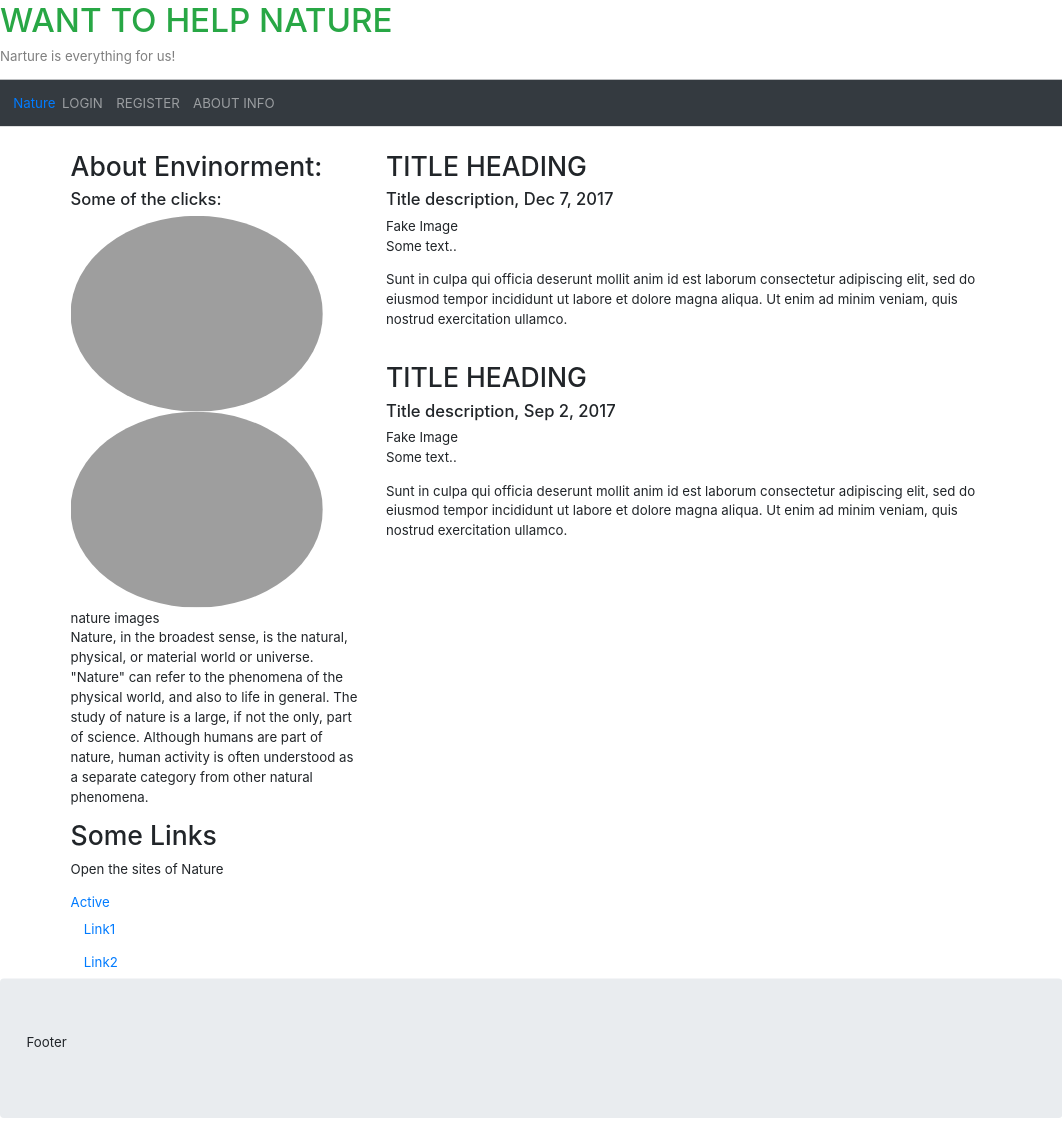
Repository: Apoorvasuswaram/cts
Page: appu/WebContent/main.html
An editor plug-in stored every save of this project. The page is shown before and after the next save, followed by the edit.
The browser window is 1280 px wide. The pictures show the whole page, at 83% of full size.
Pictures or frames that could not be fetched are drawn as grey boxes.

Above is the page before, as saved 2020-01-18 12:08:09.

### appu/WebContent/main.html
<!DOCTYPE html>
<html lang="en">
<head>
  <title>WANT TO HELP NATURE</title>
  <meta charset="utf-8">
  <meta name="viewport" content="width=device-width, initial-scale=1">
  <link rel="stylesheet" href="https://maxcdn.bootstrapcdn.com/bootstrap/4.4.1/css/bootstrap.min.css">
  <script src="https://ajax.googleapis.com/ajax/libs/jquery/3.4.1/jquery.min.js"></script>
  <script src="https://cdnjs.cloudflare.com/ajax/libs/popper.js/1.16.0/umd/popper.min.js"></script>
  <script src="https://maxcdn.bootstrapcdn.com/bootstrap/4.4.1/js/bootstrap.min.js"></script>
  <style>
  .fakeimg{
  .rounded_circle {
  <img src="beautiful.jpg" class="rounded-circle" alt="Nature" width="304" height="236">
    height: 200px;
    background: #aaa;
  }
  }
  </style>
</head>
<body>

<div style="background-color:"cyan" class="text-black-50" class="jumbotron text-center text-danger" style="margin-bottom:10" >
  <h1 class="text-success">WANT TO HELP NATURE</h1>
  <p>Narture is everything for us!</p>
</div>

<nav class="navbar navbar-expand-sm bg-dark navbar-dark">
  <a class="nature" href="https://www.nature.com/">Nature</a>
  <button class="navbar-toggler" type="button" data-toggle="collapse" data-target="#collapsibleNavbar">
    <span class="navbar-toggler-icon"></span>
  </button>
  <div class="collapse navbar-collapse" id="collapsibleNavbar">
    <ul class="navbar-nav">
      <li class="nav-item">
        <a class="nav-link" href="a.html">LOGIN</a>
      </li>
      <li class="nav-item">
        <a class="nav-link" href="b.html">REGISTER</a>
      </li>
      <li class="nav-item">
        <a class="nav-link" href="c.html">ABOUT INFO</a>
      </li>
    </ul>
  </div>
</nav>

<div class="container" style="margin-top:30px">
  <div class="row" >
    <div class="col-sm-4">
      <h2>About Envinorment:</h2>
      <h5>Some of the clicks:</h5>
      <img src="https://encrypted-tbn0.gstatic.com/images?q=tbn:ANd9GcT7phRPxEJ5AdGMS80Z9TYliyJsaAeqdgo7zPae0Abqflge0t0g&s" class="rounded-circle" alt="Nature" width="304" height="236">
      <img src="https://www.theglobeandmail.com/resizer/CiTkf2JIqrKG3C4P3y0PLbf0lqk=/620x0/filters:quality(80)/arc-anglerfish-tgam-prod-tgam.s3.amazonaws.com/public/MFAAGTRQQ5EQNIJ2WEA6DMYO6Q.jpg" class="rounded-circle" alt="Nature1" width="304" height="236">
      <div class="fakeimg">nature images</div>
      <p>Nature, in the broadest sense, is the natural, physical, or material world or universe. "Nature" can refer to the phenomena of the physical world, and also to life in general. The study of nature is a large, if not the only, part of science. Although humans are part of nature, human activity is often understood as a separate category from other natural phenomena.</p>
      <h2>Some Links</h2>
      <p class="text-register">Open the sites of Nature</p>
      <ul class="nav nav-pills flex-column">
        <li class="nav-item">
          <a class="nat-link active" href="#">Active</a>
        </li>
        <li class="nav-item">
          <a class="nav-link" href="https://www.natureasia.com/en">Link1</a>
        </li>
        <li class="nav-item">
          <a class="nav-link" href="https://www.springernature.com/gp/open-research/journals-books/journals">Link2</a>
        </li>
      </ul>
      <hr class="d-sm-none">
    </div>
    <div class="col-sm-8">
      <h2>TITLE HEADING</h2>
      <h5>Title description, Dec 7, 2017</h5>
      <div class="fakeimg">Fake Image</div>
      <p>Some text..</p>
      <p>Sunt in culpa qui officia deserunt mollit anim id est laborum consectetur adipiscing elit, sed do eiusmod tempor incididunt ut labore et dolore magna aliqua. Ut enim ad minim veniam, quis nostrud exercitation ullamco.</p>
      <br>
      <h2>TITLE HEADING</h2>
      <h5>Title description, Sep 2, 2017</h5>
      <div class="fakeimg">Fake Image</div>
      <p>Some text..</p>
      <p>Sunt in culpa qui officia deserunt mollit anim id est laborum consectetur adipiscing elit, sed do eiusmod tempor incididunt ut labore et dolore magna aliqua. Ut enim ad minim veniam, quis nostrud exercitation ullamco.</p>
    </div>
  </div>
</div>

<div class="jumbotron" style="margin-top:10">
  <p>Footer</p>
</div>

</body>
</html>

After the next save:
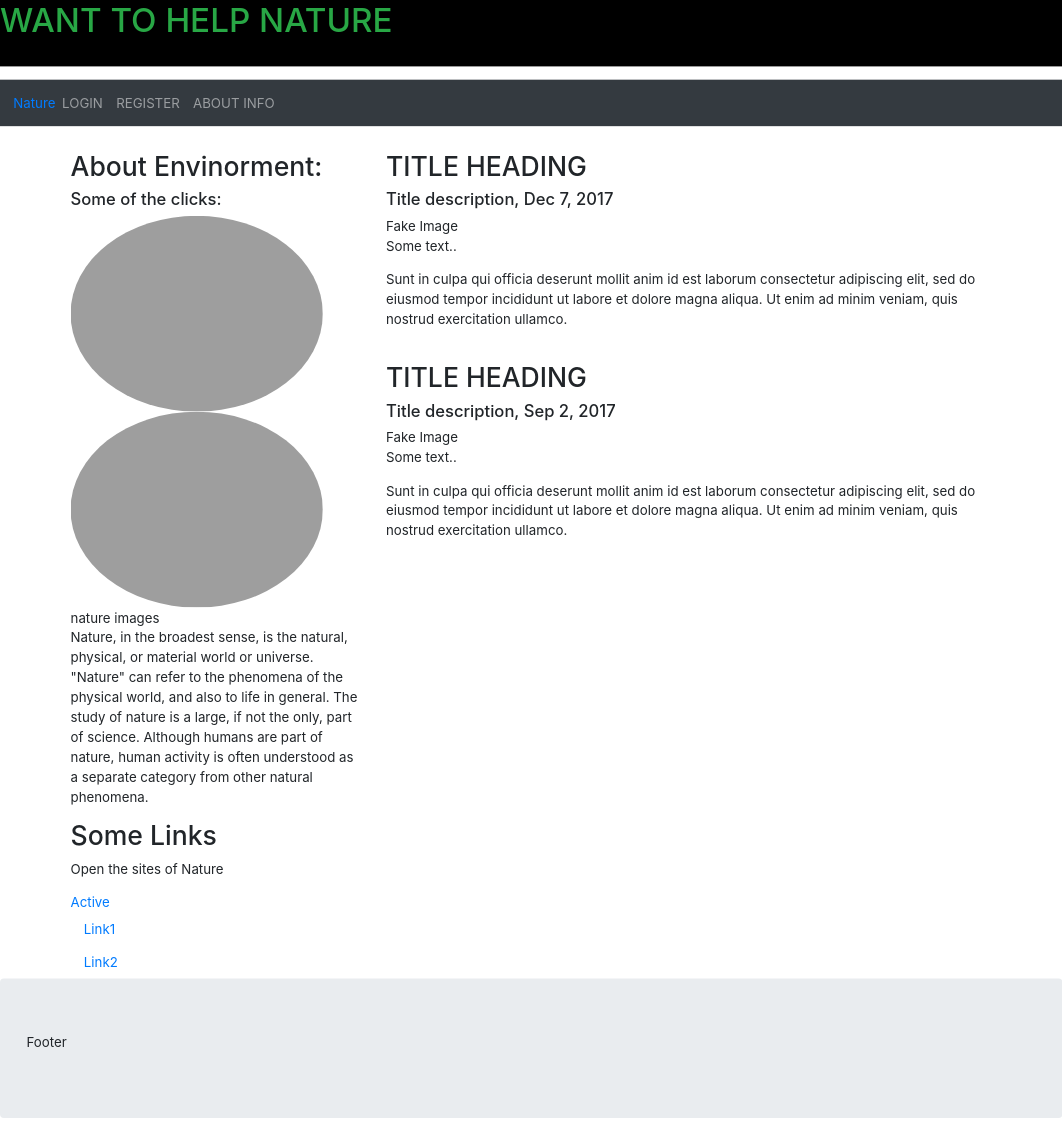
Saved 54 s later.
--- a/appu/WebContent/main.html
+++ b/appu/WebContent/main.html
@@ -20,7 +20,7 @@
 </head>
 <body>
 
-<div style="background-color:"cyan" class="text-black-50" class="jumbotron text-center text-danger" style="margin-bottom:10" >
+<div style="background-color:black" class="text-black-50" class="jumbotron text-center text-danger" style="margin-bottom:10" >
   <h1 class="text-success">WANT TO HELP NATURE</h1>
   <p>Narture is everything for us!</p>
 </div>
